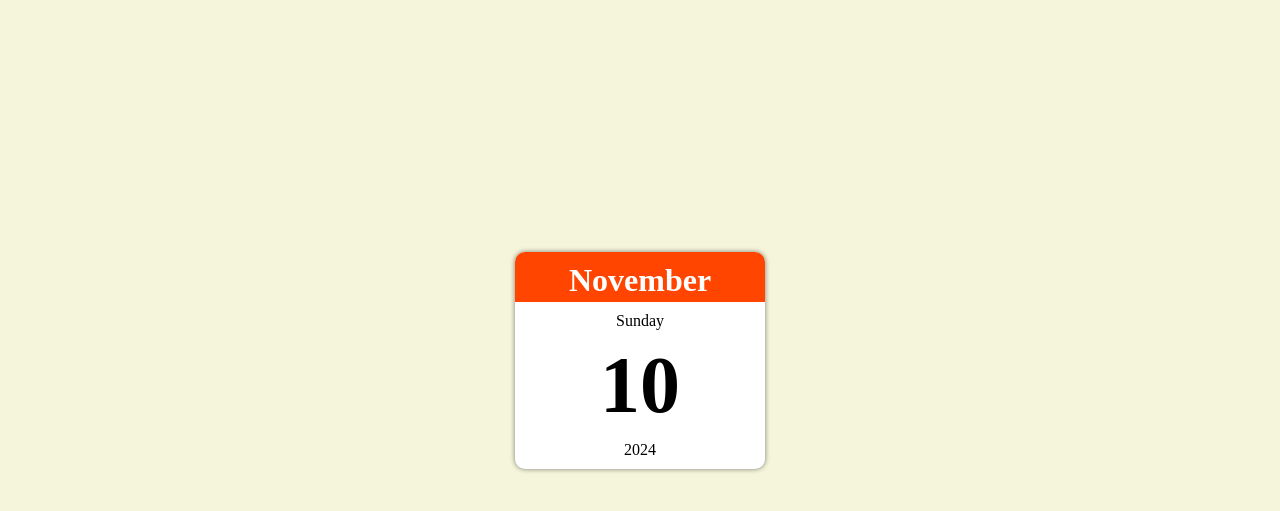
Repository: JunaidAnsari202/Mini-Calender
Page: index.html
The author's editor kept a copy of each file at every save. The page is drawn from the files as they stood at one save, then again after a run of saves.
The browser window is 1280 px wide. The pictures show the whole page.

Above is the page before, as saved 2024-11-10 12:03:36.

### index.html
<!DOCTYPE html>
<html lang="en">
<head>
    <meta charset="UTF-8">
    <meta name="viewport" content="width=device-width, initial-scale=1.0">
    <title>Mini Calender</title>
    <link rel="stylesheet" href="style.css">
</head>
<body>
   <div class="container">
    <div class="month">December</div>
    <div class="weekday">Saturday</div>
    <div class="day">30</div>
    <div class="year">2024</div>

</div>

    <script src="script.js"></script>
</body>
</html>

### style.css
*{
    margin: 0;
    padding: 0;
    box-sizing: border-box;
}

body{
    background-color: beige;
    display: flex;
    justify-content: center;
    align-items: center;
    height: 100vh;
}

.container{
    width: 250px;
    background-color: white;
    border-radius: 10px;
    box-shadow: 0 0 5px 0 rgba(0,0,0,0.5);
    text-align: center;
    border: none;
}

.month{
    background-color: orangered;
    height: 50px;
    font-size: 2rem;
    font-weight: bold;
    color: white;
    padding: 10px;
    margin-bottom: 10px;
    border-radius: 10px 10px 0 0;

}

.weekday{
    margin-bottom: 10px;
}

.day{
    font-size: 5rem;
    font-weight: bold;
    margin-bottom: 10px;

}
.year{
    margin-bottom: 10px;
}

### script.js
const month=document.querySelector('.month');
const weekday=document.querySelector('.weekday');
const day=document.querySelector('.day');
const year=document.querySelector('.year');

window.addEventListener("DOMContentLoaded",()=>{
    const date= new Date();
    day.textContent=date.getDate();
    year.textContent=date.getFullYear();
    month.textContent=date.toLocaleDateString("en-US",{month:"long"})
    weekday.textContent=date.toLocaleDateString("en-US",{weekday:"long"})
})

After the next 3 saves:
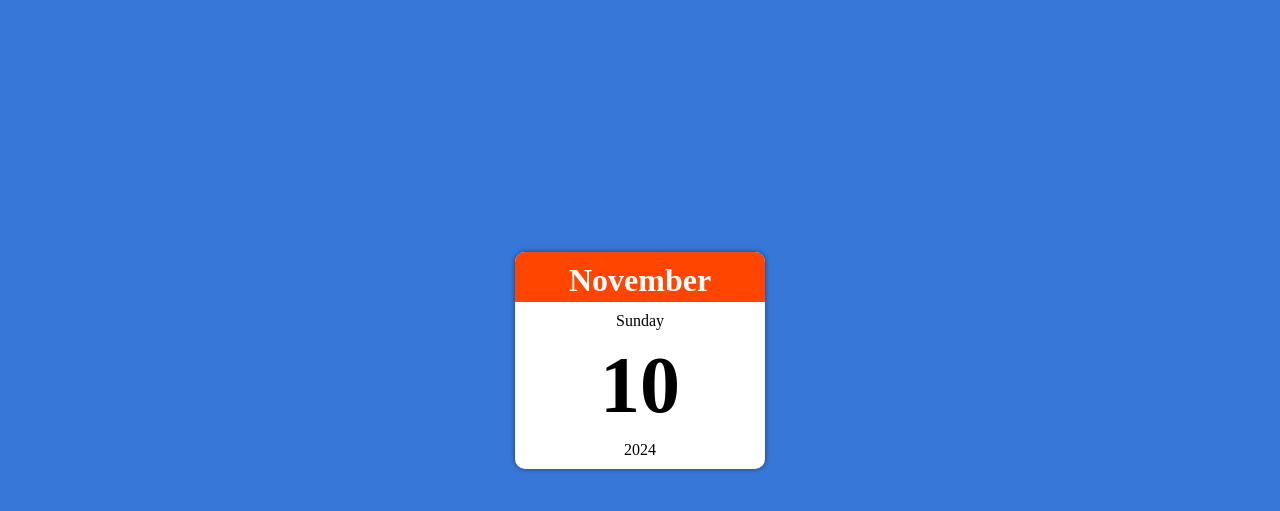
The 3 saves are shown as one change because they came seconds apart.
The last was saved 36 s later.
--- a/style.css
+++ b/style.css
@@ -5,7 +5,7 @@
 }
 
 body{
-    background-color: beige;
+    background-color: rgb(55, 119, 215);
     display: flex;
     justify-content: center;
     align-items: center;
